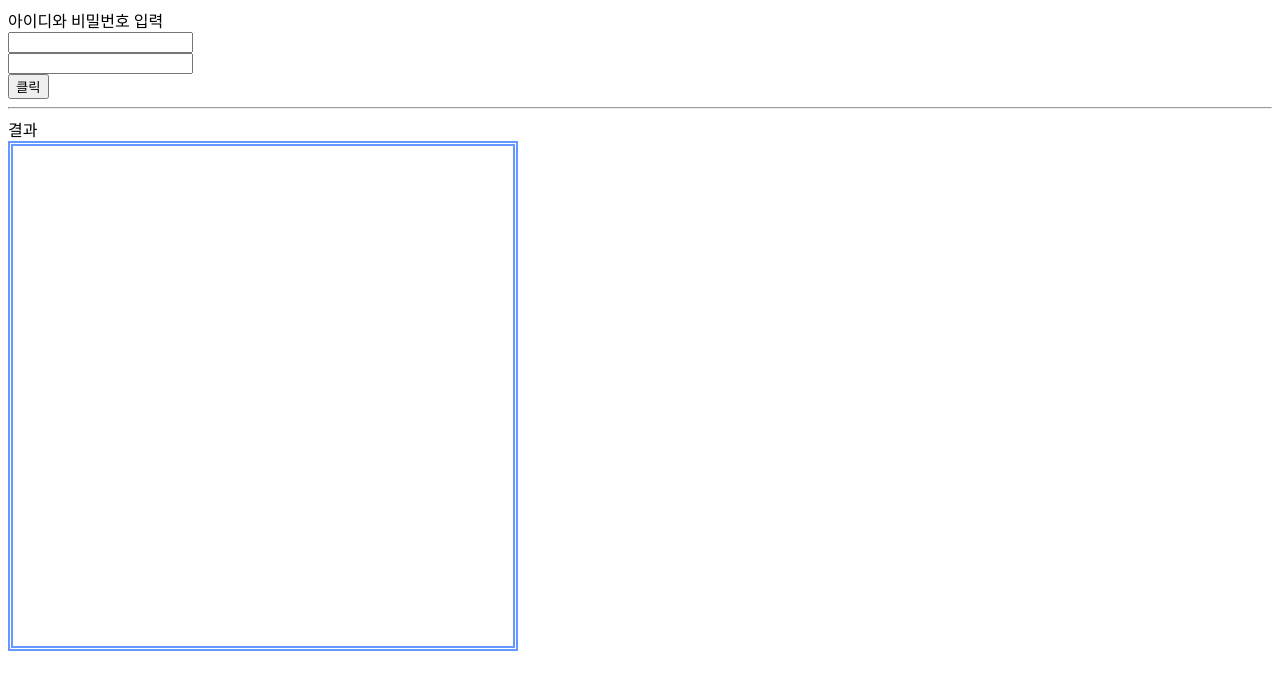
Repository: Tak-kuen/18-2
Page: http://localhost/studyjsp/ajax/ex07-1.jsp
An editor plug-in stored every save of this project. The page is shown before and after the next save, followed by the edit.
The browser window is 1280 px wide. The pictures show the whole page.
The page is served by Tomcat 9.

Above is the page before, as saved 2018-10-25 02:35:56.

After the next save:
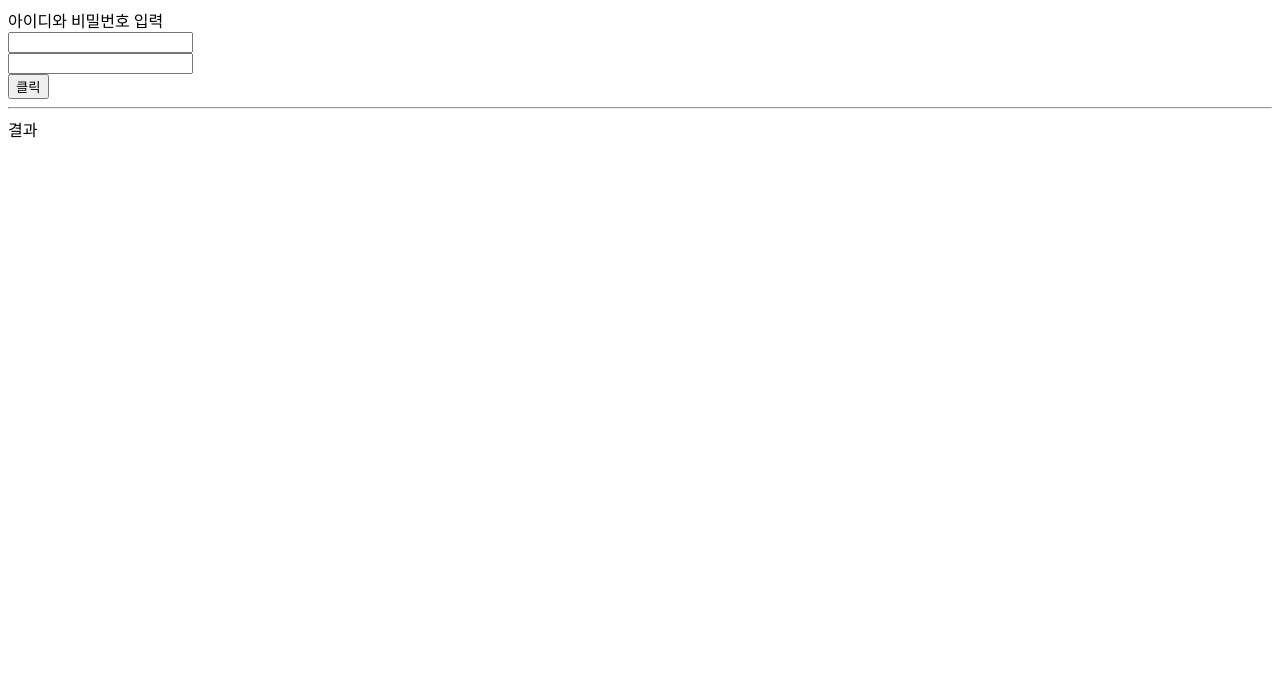
Saved 2 min 23 s later.
--- a/code/studyjsp/WebContent/ajax/ex07-1.jsp
+++ b/code/studyjsp/WebContent/ajax/ex07-1.jsp
@@ -5,13 +5,6 @@
 <head>
 <meta charset="UTF-8">
 <title>1501163</title>
-<style type="text/css">
-	#result {
-		width:500px;
-		height:500px;
-		border:5px double #6699FF;
-	}
-</style>
 <script src="../js/jquery-3.3.1.min.js"></script>
 <script>
 	$(document).ready(function() {
